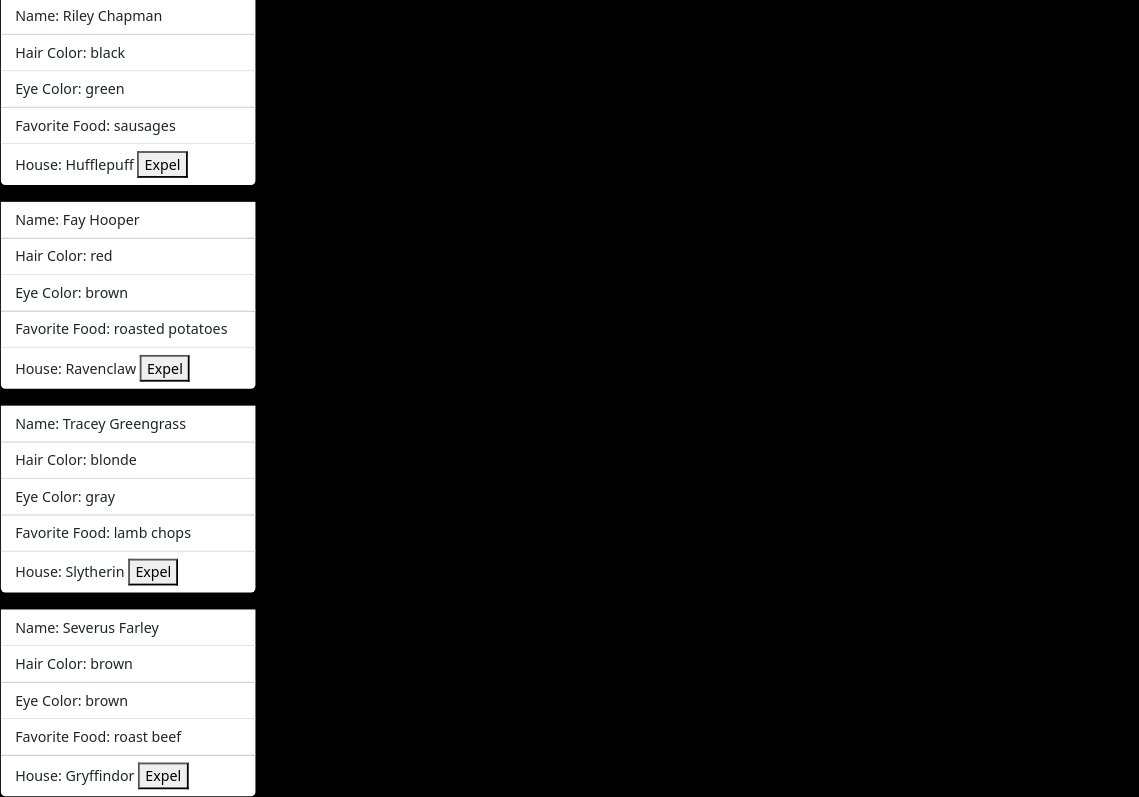
Repository: jontslater/INDIVIDUAL-PROJECT-sorting-hat
Page: index.html
These files come from the project's save history. The page is drawn as it stood at one moment and after the next save; the edit follows.
The browser window is 1280 px wide. The pictures show the part of the page from y = 538 to 1694 px (the page is 1434 px tall before and 1694 px after), at 89% of full size.
A picture or video elsewhere on the page could not be fetched, so the positions and the page height are approximate.

Above is the page before, as saved 2023-10-31 19:02:13.

### index.html
<!DOCTYPE html>
<html lang="en">
<head>
  <meta charset="UTF-8">
  <meta name="viewport" content="width=device-width, initial-scale=1.0">
  <title>SortingHat</title>

  <link href="https://cdn.jsdelivr.net/npm/bootstrap@5.3.2/dist/css/bootstrap.min.css" rel="stylesheet" integrity="sha384-T3c6CoIi6uLrA9TneNEoa7RxnatzjcDSCmG1MXxSR1GAsXEV/Dwwykc2MPK8M2HN" crossorigin="anonymous">
  <link rel="stylesheet" href="main.css">
</head>
<body>
  <div class="card">
    <div class="card-header">
      <img src="https://media.tenor.com/vkDuuNm40XoAAAAd/hogwarts-legacy-warner-bros-interactive-entertainment.gif" alt="" class="sortingHat">
    </div>
    <div class="card-body">
      <h5 class="card-title">Hello, I am the sorting hat!</h5>
      <p class="card-text">Right. Right then. Hmmmm. Right.... You are going to house .... </p>
      <button class= "btn" id="btn">Begin Sorting</button>
      <form id="form" class="names">
       <input type="text" id="firstName" required>First Name
        <input type="text" id="lastName" required>Last Name
       <input type="text" id="hairColor" required>Hair Color
       <input type="text" id="eyeColor"  required>Eye Color
       <input type="text" id="favoriteFood">Favorite Food
       <button class= "btn" id="enter">Enter House</button>
     </form>


    </div>
  </div>
  <div>
  </div>
  <div id="app"></div>

  <script src="https://cdn.jsdelivr.net/npm/bootstrap@5.3.2/dist/js/bootstrap.bundle.min.js" integrity="sha384-C6RzsynM9kWDrMNeT87bh95OGNyZPhcTNXj1NW7RuBCsyN/o0jlpcV8Qyq46cDfL" crossorigin="anonymous"></script>
  <script src="main.js"></script>
</body>
</html>

### main.css
body{
  background-color: black;
}

.card{
  background-color:black;
  color: darkgoldenrod;
  width: 450px;
}

.btn{
  margin-left: 121px;
  margin-top: 3px;
  margin-bottom: 3px;
  right: 120px;
  width: 187px;
  height: 65px;
  border: none;
  color: white;
  font-size:14px;
  font-weight:700;
  background-color:darkgoldenrod;
  position: relative;
  font-family: monospace;
}

.names{
  display: none;
}

### main.js
const students =[
  {
    id: 1,
    firstName: "Riley",
    lastName: "Chapman",
    hairColor: "black",
    eyeColor: "green",
    favoriteFood: "sausages",
    house: "Hufflepuff"
  },
  {
    id: 2,
    firstName: "Fay",
    lastName: "Hooper",
    hairColor: "red",
    eyeColor: "brown",
    favoriteFood: "roasted potatoes",
    house: "Ravenclaw"
  },
  {
    id: 3,
    firstName: "Tracey",
    lastName: "Greengrass",
    hairColor: "blonde",
    eyeColor: "gray",
    favoriteFood: "lamb chops",
    house: "Slytherin",
  },
  {
    id: 4,
    firstName: "Severus",
    lastName: "Farley",
    hairColor: "brown",
    eyeColor: "brown",
    favoriteFood: "roast beef",
    house: "Gryffindor",
  }
]
const app = document.querySelector("#app");
const btn = document.querySelector("#btn");

const renderToDom = (Students) =>{

  let domString = "";

  for(let student of students){

    domString += `<div class="card" style="width: 18rem;">
    <div class="card-header">
    </div>
    <ul class="list-group list-group-flush">

      <li class="list-group-item">Name: ${student.firstName} ${student.lastName}
      <li class="list-group-item">Hair Color: ${student.hairColor}
      <li class="list-group-item">Eye Color: ${student.eyeColor}
      <li class="list-group-item"> Favorite Food: ${student.favoriteFood}
      <li class="list-group-item"> House: ${student.house}
      <button type="button" class="btn-warning">Expel</button>
    </ul>
  </div>`
  }
  const app = document.querySelector("#app")
  app.innerHTML = domString
}

renderToDom(students)

btn.addEventListener("click", () => {
  const form = document.querySelector("form");

  if(form.style.display === "none"){
    form.style.display = "block";
  }else{
    form.style.display = "none";
  }
});

const houses = ["Hufflepuff","Ravenclaw","Slytherin","Gryffindor"]

const houseRandomizer = (min, max) => {
  return Math.floor(Math.random() * 3);
}

const form = document.querySelector("form");

const createStudent = (event) => {
  event.preventDefault();
  const randomHouse = houseRandomizer(0,3);
  const houseAssigned = houses[randomHouse]
  const newStudent
   = {
    id: students.length +1,
    firstName: document.querySelector("#firstName").value,
    lastName: document.querySelector("#lastName").value,
    hairColor: document.querySelector("#hairColor").value,
    eyeColor: document.querySelector("#eyeColor").value,
    favoriteFood: document.querySelector("#favoriteFood").value,
    house: houseAssigned
  }
  students.push(newStudent);
  renderToDom(students);
  form.reset();
}
form.addEventListener("submit", createStudent)

After the next save:
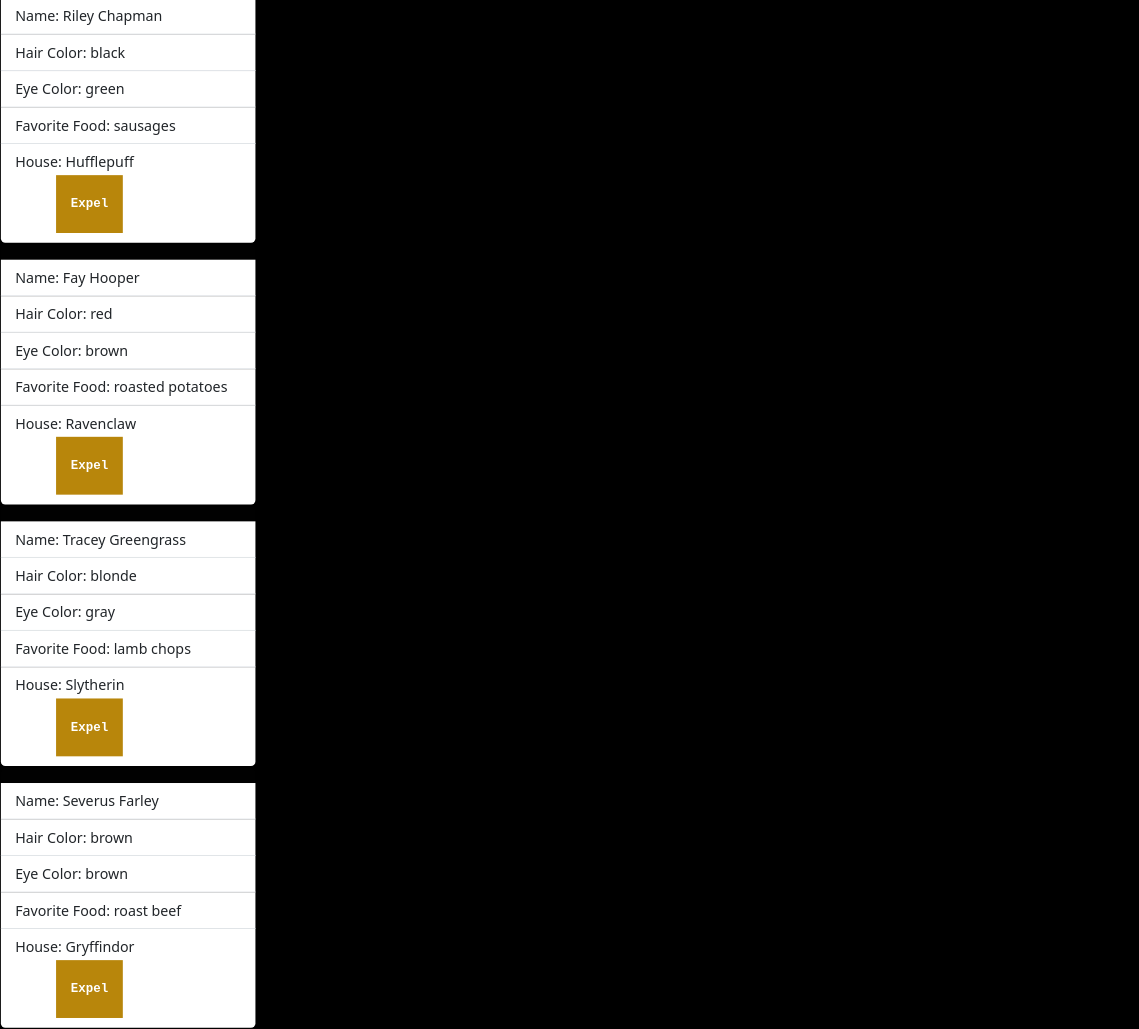
Saved 35 s later.
--- a/main.css
+++ b/main.css
@@ -27,3 +27,19 @@
 .names{
   display: none;
 }
+
+.btn-warning{
+  margin-left: 121px;
+  margin-top: 3px;
+  margin-bottom: 3px;
+  right: 75px;
+  width: 75px;
+  height: 65px;
+  border: none;
+  color: white;
+  font-size:14px;
+  font-weight:700;
+  background-color:darkgoldenrod;
+  position: relative;
+  font-family: monospace;
+}
